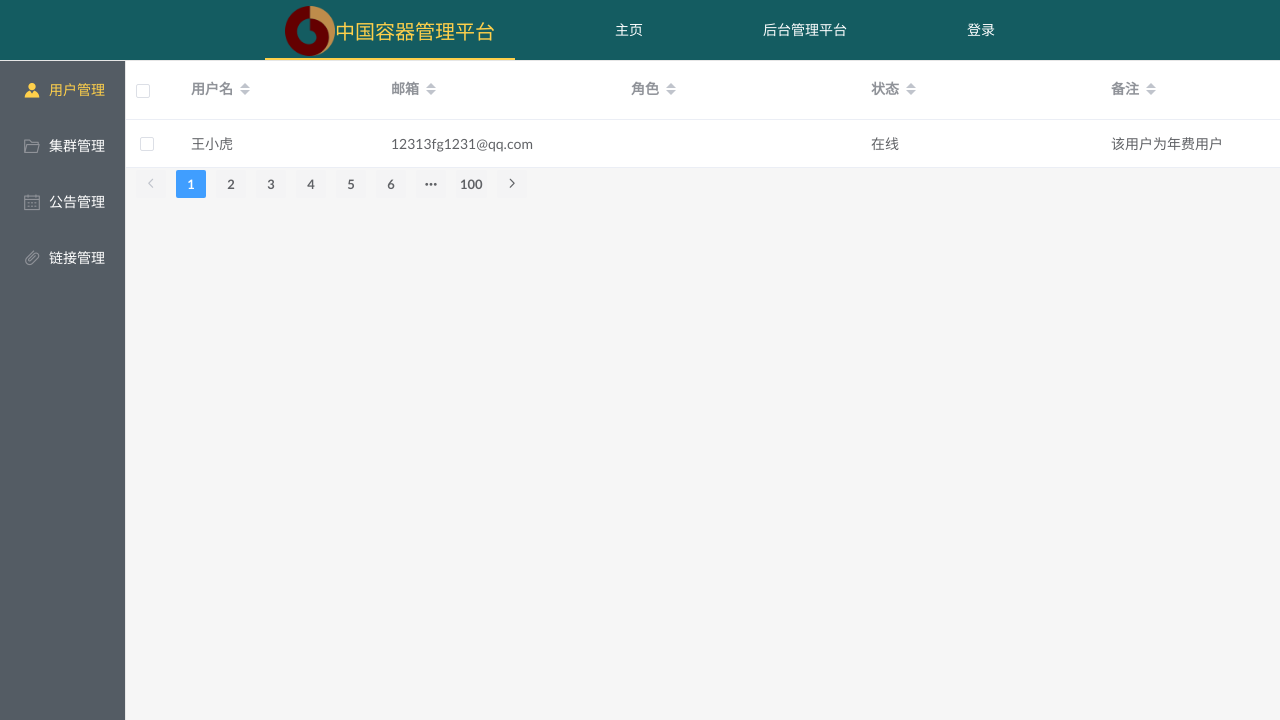
Repository: lei123zhou/zhongjin
Page: /main/management/user
The author's editor kept a copy of each file at every save. The page is drawn from the files as they stood at one save, then again after a run of saves.
The browser window is 1280 px wide. The pictures show the whole page.
The project was rebuilt for these pictures with package versions that can differ from the ones it lists, and the page was loaded fresh each time. Also part of the build but not shown: vue.config.js.

Above is the page before, as saved 2022-08-29 22:24:57.

### src/main.js
import Vue from "vue";
import App from "./App.vue";

Vue.config.productionTip = false;
import "./plugins/element";

import "./main.less";
import router from "./route/index.js";
import store from "./store/index.js";
new Vue({
  router,
  store,
  render: (h) => h(App),
}).$mount("#app");

### src/App.vue
<template>
  <div id="app">
    <router-view></router-view>
  </div>
</template>

<script>
export default {
};
</script>

<style>
#app{
  height: 100%;
  overflow: hidden;

}
</style>>

### src/plugins/element.js
import Vue from "vue";
import {
  Button,
  Form,
  Input,
  Icon,
  FormItem,
  Loading,
  Card,
  Menu,
  MenuItem,
  Submenu,
  Table,
  TableColumn,
  Dropdown,
  DropdownMenu,
  DropdownItem,
  Tooltip,
  Popover,
  Pagination,
  Link,
  Dialog,
  Row,
  Col,
} from "element-ui";
import "element-ui/lib/theme-chalk/index.css";
Vue.use(Button);
Vue.use(Form);
Vue.use(Input);
Vue.use(Icon);
Vue.use(FormItem);
Vue.use(Card);
Vue.use(Menu);
Vue.use(MenuItem);
Vue.use(Submenu);
Vue.use(Table);
Vue.use(TableColumn);
Vue.use(Dropdown);
Vue.use(DropdownMenu);
Vue.use(DropdownItem);
Vue.use(Tooltip);
Vue.use(Popover);
Vue.use(Pagination);
Vue.use(Link);
Vue.use(Dialog);
Vue.use(Row);
Vue.use(Col);
Vue.use(Loading);

### src/main.less
@media (min-width:0px){
    html{font-size:12px;}
}
@media (min-width: 320px){
    html{font-size:12px;}
}
@media (min-width: 340px){
    html{font-size:13px;}
}
@media (min-width: 360px){
    html{font-size:14px;}
}
@media (min-width: 380px){
    html{font-size:15px;}
}
@media (min-width: 400px){
    html{font-size:15px;}
}
@media (min-width: 420px){
    html{font-size:16px;}
}
*{
    margin: 0;
    padding: 0;
}
ul,ol,li,dl{
    list-style-type: none;
}
a{
    text-decoration: none;
}
html,body{
    height: 100%;

    overflow: hidden;

}
body{
    font-family: 'Trebuchet MS', 'Lucida Sans Unicode', 'Lucida Grande', 'Lucida Sans', Arial, sans-serif;
    color: #666;
    line-height: 1.5;
}
.bottom-border,
.top-border {
  position: relative;
}

.bottom-border::after,
.top-border::before {
  content: '';
  position: absolute;
  left: 0;
  right: 0;
  height: 1px;
  background-color:#d43c33;
  transform: scaleY(0.5);
}

.top-border::before {
  top: 0;
}

.bottom-border::after {
  bottom: 0;
}

### src/route/index.js
import Vue from "vue";
import VueRouter from "vue-router";
Vue.use(VueRouter);
const originPush = VueRouter.prototype.push;
VueRouter.prototype.push = function push(location) {
  return originPush.call(this, location).catch((err) => err);
};
const routes = [
  { path: "/", redirect: "/login" },
  {
    path: "/login",
    name: "login",
    component: () => import("../pages/login/LoginPage.vue"),
  },
  {
    path: "/main",
    name: "main",
    component: () => import("../pages/main/MainPage.vue"),
    children: [
      { path: "", redirect: "/main/home" },
      {
        path: "home",
        name: "home",
        component: () => import("../pages/home/HomePage.vue"),
      },
      {
        path: "management",
        name: "management",
        component: () => import("../pages/management/ManagementPage.vue"),
        children: [
          { path: "", redirect: "/main/management/user" },
          {
            path: "user",
            name: "user",
            component: () => import("../pages/management/user/UserPage.vue"),
          },
          {
            path: "link",
            name: "link",
            component: () => import("../pages/management/link/LinkPage.vue"),
          },
          {
            path: "colony",
            name: "colony",
            component: () =>
              import("../pages/management/colony/ColonyPage.vue"),
          },
          {
            path: "notice",
            name: "notice",
            component: () =>
              import("../pages/management/notice/NoticePage.vue"),
          },
        ],
      },
    ],
  },
];
const router = new VueRouter({
  routes,
  mode: "history",
});
export default router;

### src/store/index.js
import Vue from 'vue';
import Vuex from 'vuex';
Vue.use(Vuex);
export default new Vuex.Store({
    state:{},
    getters:{},
    mutations:{}
})

### src/pages/main/MainPage.vue
<template>
  <div class="main">
    <div class="heard">
      <el-menu
        :default-active="activeIndex2"
        class="el-menu-demo"
        mode="horizontal"
        @select="handleSelect"
        background-color="#145c61"
        text-color="#fff"
        active-text-color="#ffd04b"
      >
        <el-menu-item index="1">
          <template slot="title">
            <img src="../../assets/u2.png" alt="" id="logo" />
            <span class="login-title">中国容器管理平台</span>
          </template></el-menu-item
        >
        <el-menu-item index="2">主页</el-menu-item>
        <el-menu-item index="3" @click="toManagement"
          >后台管理平台</el-menu-item
        >
        <el-menu-item index="null">登录</el-menu-item>
      </el-menu>
    </div>
    <router-view></router-view>
  </div>
</template>

<script>
export default {
  data() {
    return {
      activeIndex: "1",
      activeIndex2: "1",
    };
  },
  methods: {
    handleSelect(key, keyPath) {
      console.log(key, keyPath);
    },
    toManagement() {
      this.$router.push("/main/management");
    },
  },
};
</script>
<style lang="less" scoped>
.main {
  display: flex;
  flex-direction: column;
  justify-content: start;
  background-color: #f6f6f6;
  height: 100%;
  .heard {
    width: 100%;
    background-color: "#145c61";
  }
}
.login-title {
  font-size: 20px;
  line-height: 61px;
}
.clearfix {
  display: flex;
  align-content: center;
  justify-content: space-around;
}
#logo {
  width: 50px;
}
/deep/.el-menu.el-menu--horizontal {
  display: flex;
  justify-content: center;
  li {
    margin: 0 40px;
    padding: 0 20px;
  }
}
</style>

### src/pages/management/ManagementPage.vue
<template>
  <div class="manangement">
    <el-menu
      default-active="user"
      class="el-menu-vertical-demo"
      @open="handleOpen"
      @close="handleClose"
      background-color="#545c64"
      text-color="#fff"
      active-text-color="#ffd04b"
      router
    >
      <el-menu-item index="user">
        <i class="el-icon-s-custom"></i>
        <span slot="title">用户管理</span>
      </el-menu-item>
      <el-menu-item index="colony">
        <i class="el-icon-folder-opened"></i>
        <span slot="title">集群管理</span>
      </el-menu-item>
      <el-menu-item index="notice">
        <i class="el-icon-date"></i>
        <span slot="title">公告管理</span>
      </el-menu-item>
      <el-menu-item index="link">
        <i class="el-icon-paperclip"></i>
        <span slot="title">链接管理</span>
      </el-menu-item>
    </el-menu>
    <router-view></router-view>
  </div>
</template>

<script>
export default {
  methods: {
    handleOpen(key, keyPath) {
      console.log(key, keyPath);
    },
    handleClose(key, keyPath) {
      console.log(key, keyPath);
    },
  },
};
</script>

<style lang="less" scoped>
.manangement {
  display: flex;
  width: 100%;
  height: 100%;
  .el-menu{
    width: 200px;
  }
}

</style>

### src/pages/management/user/UserPage.vue
<template>
  <div class="user">
    <el-table
      ref="multipleTable"
      :data="tableData"
      tooltip-effect="dark"
      style="width: 100%"
      @selection-change="handleSelectionChange"
    >
      <el-table-column type="selection" width="55"> </el-table-column>
      <el-table-column prop="username" label="用户名" sortable width="200">
      </el-table-column>
      <el-table-column prop="email" label="邮箱" sortable width="240">
      </el-table-column>
      <el-table-column prop="role" label="角色" sortable width="240">
      </el-table-column>
      <el-table-column prop="state" label="状态" sortable width="240">
      </el-table-column>
      <el-table-column prop="comment" label="备注" sortable width="240">
      </el-table-column>
      <el-table-column prop="ldapid" label="ldapid" :formatter="formatter">
      </el-table-column>
      <el-table-column label="操作">
        <el-popover placement="right" width="40" trigger="hover">
          <template slot-scope="scope">
            <el-button size="mini" @click="handleEdit(scope.$index, scope.row)"
              >编辑</el-button
            >
            <el-button
              size="mini"
              type="danger"
              @click="handleDelete(scope.$index, scope.row)"
              >删除</el-button
            >
          </template>
          <i slot="reference" class="el-icon-more"></i>
        </el-popover>
      </el-table-column>
    </el-table>
    <el-pagination background layout="prev, pager, next" :total="1000">
    </el-pagination>
    <div style="margin-top: 20px" v-if="allDel">
      <el-button @click="toggleSelection([tableData[1], tableData[2]])"
        >全部删除</el-button
      >
      <el-button @click="toggleSelection()">取消选择</el-button>
    </div>
  </div>
</template>

<script>
export default {
  data() {
    return {
      allDel: false,
      tableData: [
        {
          username: "王小虎",
          email: "12313fg1231@qq.com",
          state: "在线",
          comment:"该用户为年费用户",
          ldapid:"",
          address: "上海市普陀区金沙江路 1518 弄",
        },
      ],
    };
  },
  methods: {
    toggleSelection(rows) {
      if (rows) {
        rows.forEach((row) => {
          this.$refs.multipleTable.toggleRowSelection(row);
        });
      } else {
        this.$refs.multipleTable.clearSelection();
      }
    },
    handleSelectionChange(val) {
      this.multipleSelection = val;
      this.allDel = !this.allDel;
    },
    // 编辑删除
    handleEdit(index, row) {
      console.log(index, row);
    },
    handleDelete(index, row) {
      console.log(index, row);
    },

    formatter(row) {
      return row.ldapid;
    },
  },
};
</script>

<style lang="less" scoped>
.user {
  width: 100%;
}
</style>

Loaded but not shown: public/index.html (common file)

After the next 4 saves:
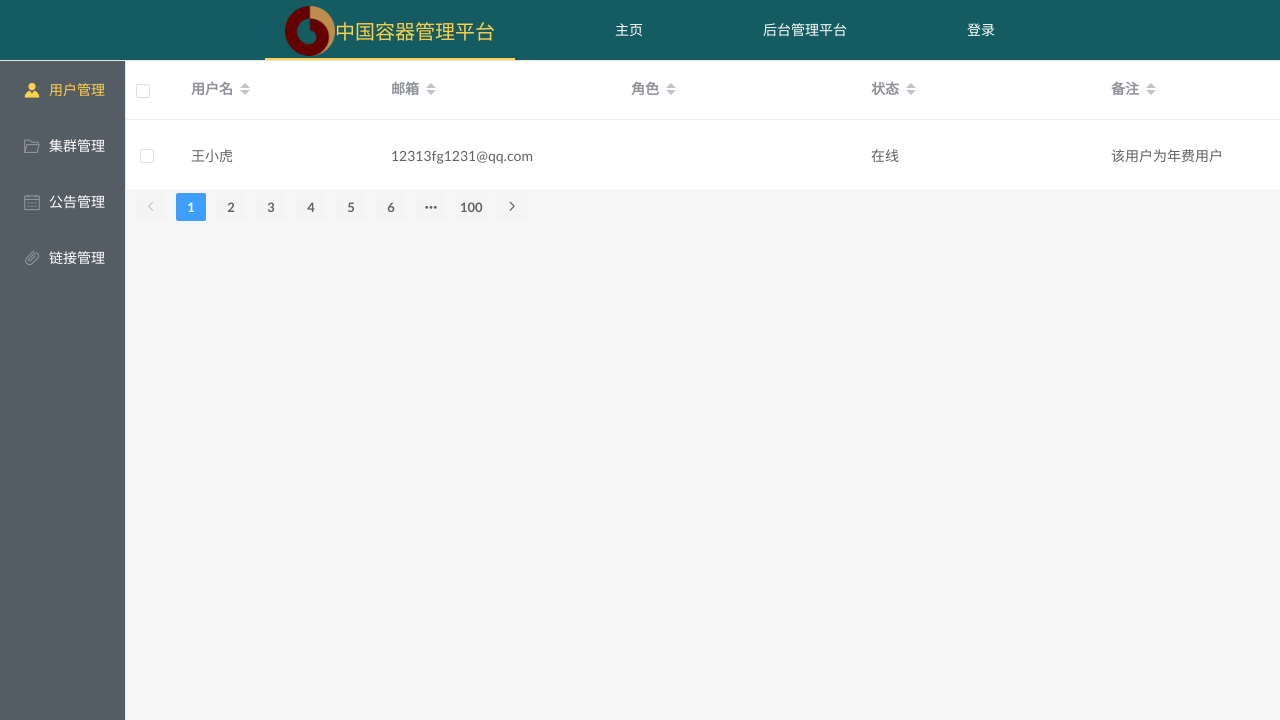
The 4 saves are shown as one change because they came seconds apart.
The last was saved 31 s later.
--- a/src/pages/management/user/UserPage.vue
+++ b/src/pages/management/user/UserPage.vue
@@ -59,7 +59,7 @@ export default {
           email: "12313fg1231@qq.com",
           state: "在线",
           comment:"该用户为年费用户",
-          ldapid:"",
+          ldapid:"J2313#2dS",
           address: "上海市普陀区金沙江路 1518 弄",
         },
       ],
